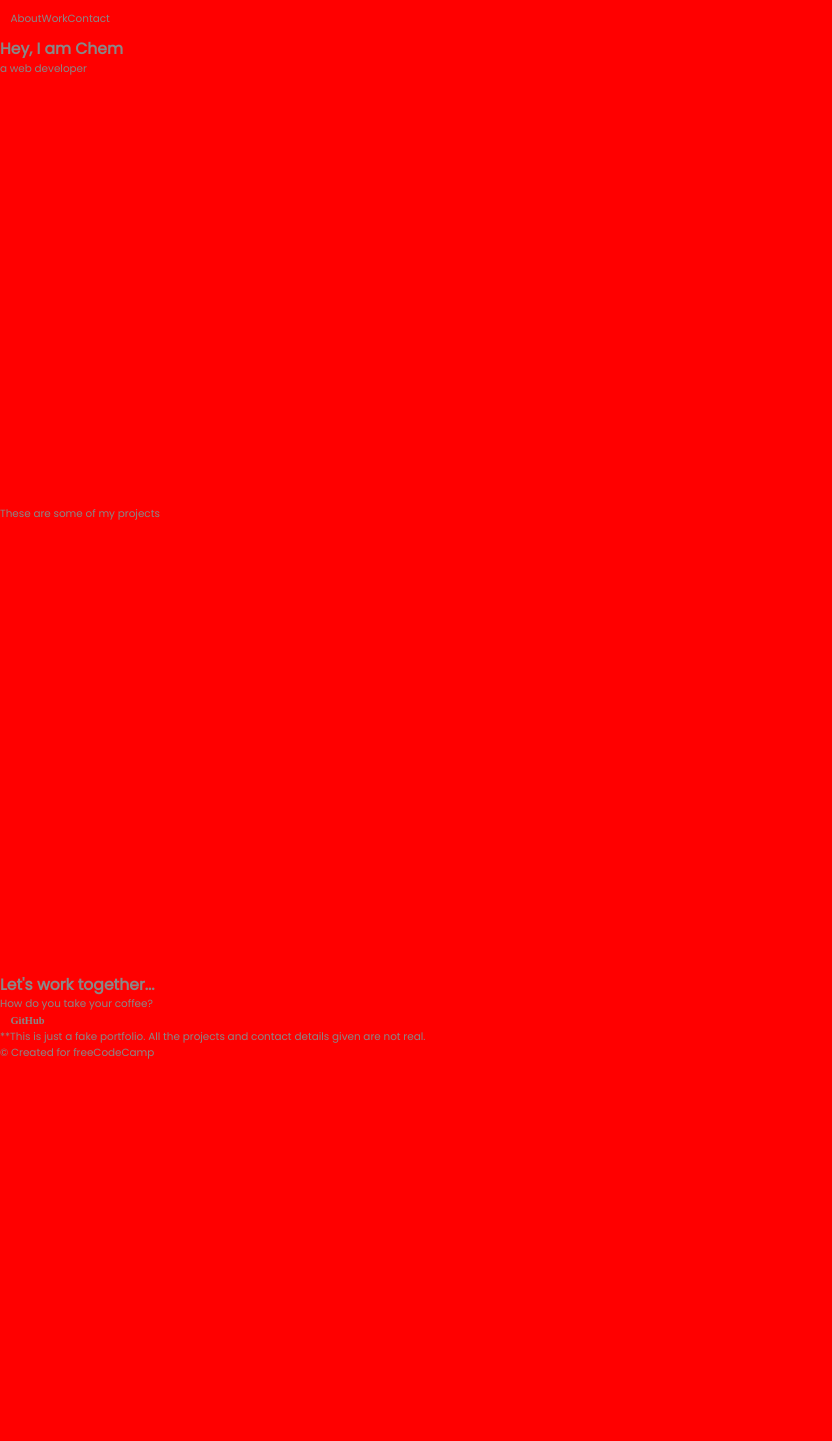
Repository: Pxych09/html-and-css-project
Page: freecodecamp/personal-portfolio.html
These files come from the project's save history. The page is drawn as it stood at one moment and after the next save; the edit follows.
The browser window is 1280 px wide. The pictures show the whole page, at 65% of full size.
Some web libraries are served in a nearby version.

Above is the page before, as saved 2023-08-10 18:21:00.

### freecodecamp/personal-portfolio.html
<!DOCTYPE html>
<html lang="en">
<head>
    <meta charset="UTF-8">
    <meta name="viewport" content="width=device-width, initial-scale=1.0">
    <title>Personal Portfolio</title>
    <link rel="stylesheet" href="./personal-portfolio.css">
    <!-- font-awesome -->
    <link
    rel="stylesheet"
    href="https://use.fontawesome.com/releases/v5.8.1/css/all.css"
    integrity="sha384-50oBUHEmvpQ+1lW4y57PTFmhCaXp0ML5d60M1M7uH2+nqUivzIebhndOJK28anvf"
    crossorigin="anonymous"
  />
</head>
<body>

    <nav id="navbar">
            <a href="#welcome-section">About</a>
            <a href="#projects">Work</a>
            <a href="#">Contact</a>
    </nav>

    <!-- ABOUT -->
    <div class="master-container">
        <section id="welcome-section">
            <h1>Hey, I am Chem</h1>
            <p>a web developer</p>
        </section>
    </div>


    <!-- PROJECTS -->
    <div class="master-container">
        <section id="projects">
            <div class="project-title">These are some of my projects</div>

            <!-- start: cards -->
            <div class="card"></div>
            <!-- end: cards -->

            <div class="for-button">
                <a href="#" target="_blank"></a>
            </div>
        </section>
    </div>


    <!-- CONTACT -->
    <div class="master-container">
        <section id="contacts">
            <div class="above-container">
                <h1>Let's work together...</h1>
                <p>How do you take your coffee?</p>
            </div>

            <!-- start: social media accounts -->
            <div class="middle-container">
                <a href="#" id="personal-link"><i class="fa fa-github">GitHub</i></a>
            </div>
            <!-- end: social media accounts -->

            <div class="below-container">
                <div>**This is just a fake portfolio. All the projects and contact details given are not real.</div>
                <div>
                    © Created for
                    <a href="#">freeCodeCamp</a>
                </div>
            </div>
        </section>
    </div>
</body>
</html>

### freecodecamp/personal-portfolio.css
@import url('https://fonts.googleapis.com/css2?family=Anton&family=Inconsolata:wght@300&family=Lobster&family=PT+Sans:wght@700&family=Poppins&display=swap');

:root{
    --color-navbar: #d22b2b;
    --white: #f2f2f2;
}

*, ::after, ::before{
    margin: 0; padding: 0;
    box-sizing: border-box;
}
body{
    font-family: "Poppins", sans-serif;
    color: #888;
}

.master-container{
    min-height: 100vh;
}

a{
    text-decoration: none;
    color: inherit;
}

#navbar{
    position: sticky;
    top: 0; left: 0;
    padding: 1rem;
    display: flex;
}


/* media query => mobile */
@media (max-width: 320px) and (max-width: 480px){

}
/* media query => iPads or Tablets */
@media (max-width: 481px) and (max-width: 768px){

}
/* media query => Laptops */
@media (max-width: 769px) and (max-width: 1024px){

}
/* media query => Large screens */
@media (min-width: 1025px){
    html{
        background: red;
    }
}

After the next save:
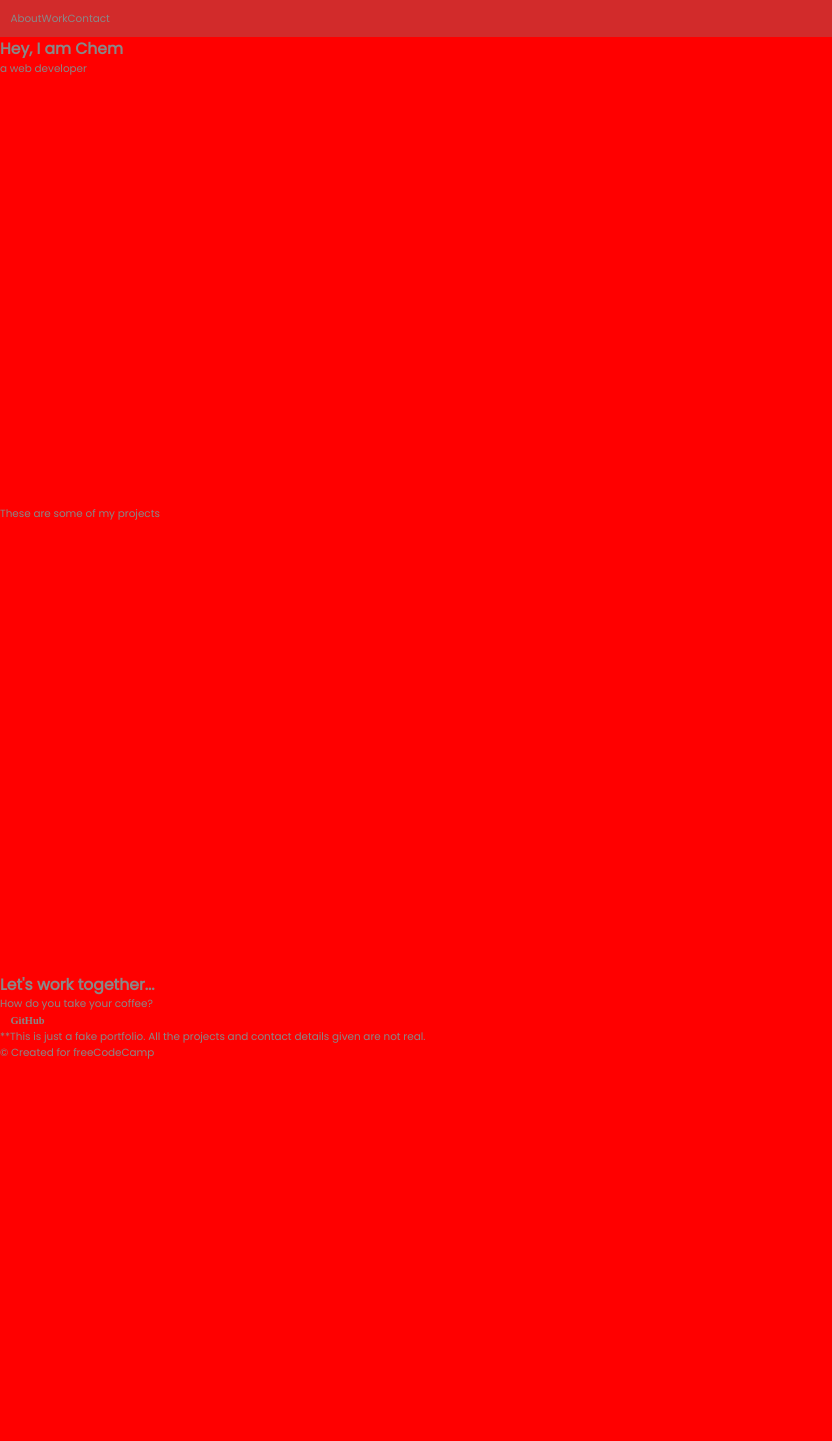
Saved 8 s later.
--- a/freecodecamp/personal-portfolio.css
+++ b/freecodecamp/personal-portfolio.css
@@ -28,6 +28,7 @@ a{
     top: 0; left: 0;
     padding: 1rem;
     display: flex;
+    background-color: var(--color-navbar);
 }
 
 
